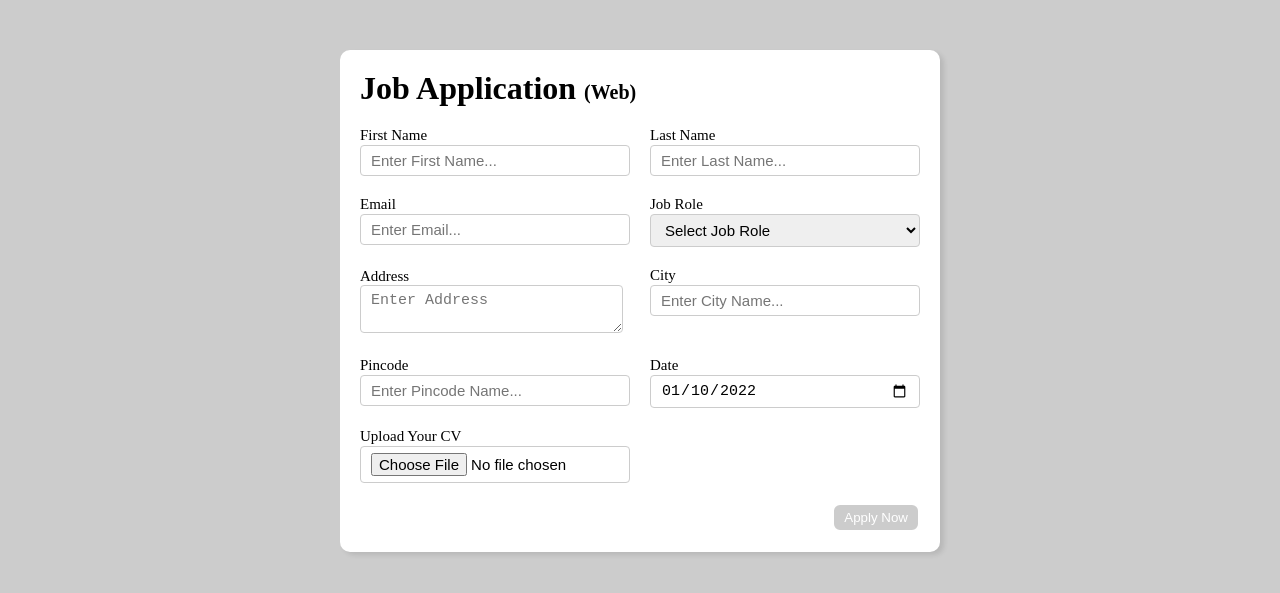
Repository: diensy/JOB-APPLICATION
Page: index.html
These files come from the project's save history. The page is drawn as it stood at one moment and after the next save; the edit follows.
The browser window is 1280 px wide. The pictures show the whole page.
The pointer rests on the first visible `button`.

Above is the page before, as saved 2024-02-27 22:42:25.

After the next save:
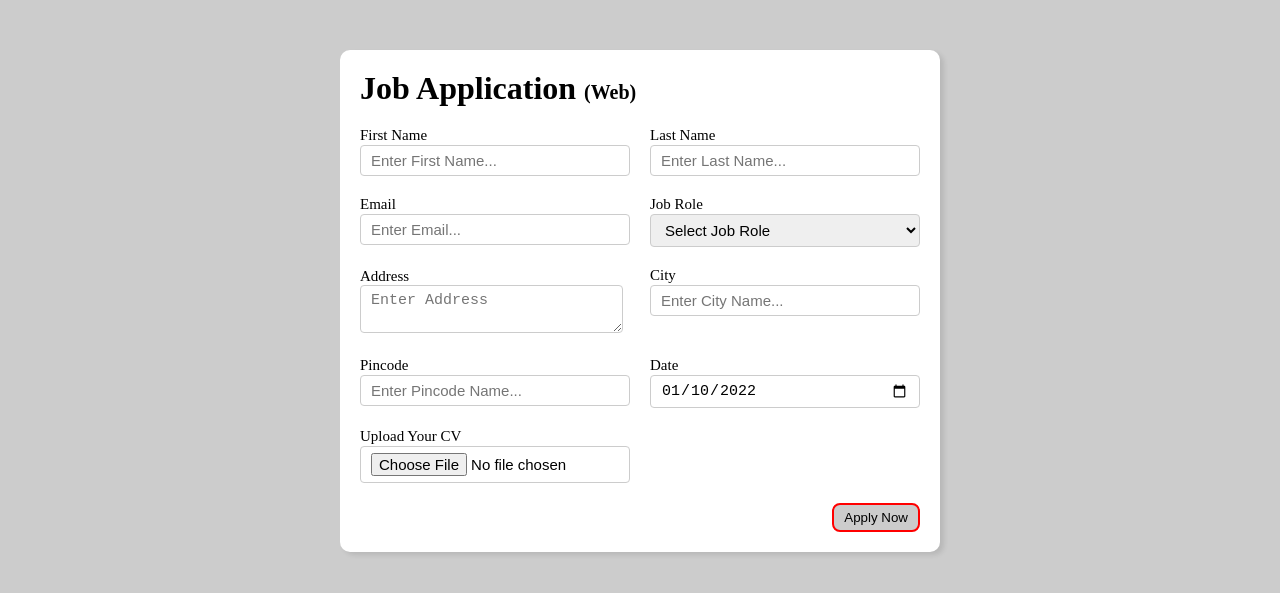
Saved 35 s later.
--- a/Job_Application.css
+++ b/Job_Application.css
@@ -67,5 +67,6 @@ button {
 }
 button:hover {
   background-color: #ccc;
-  border: 2px solid;
+  border: 2px solid red;
+  color: black;
 }
